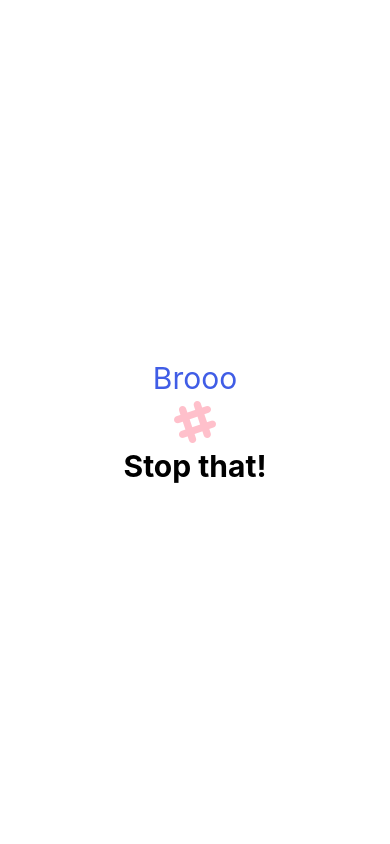
Repository: fshmasterflex/InstaLilly
Screen: /
These files come from the project's save history. The screen is drawn as it stood at one moment and after the next save; the edit follows.
The app was drawn by React Native's web renderer in a window 390 px wide. The project was rebuilt for these pictures with package versions that can differ from the ones it lists, and the page was loaded fresh each time.

Above is the screen before, as saved 2022-10-31 19:50:22.

### App.tsx
import {View, Text} from 'react-native';
import colors from './src/theme/colors';
import font from './src/theme/fonts';
import AntDesign from 'react-native-vector-icons/AntDesign';

const App = () => {
  return (
    <View style={{flex: 1, alignItems: 'center', justifyContent: 'center'}}>
      <Text style={{color: colors.primary, fontSize: font.size.xxlg}}>
        Brooo
      </Text>
      <AntDesign name="slack" color="pink" size={48} />
      <Text
        style={{
          color: colors.black,
          fontWeight: font.weight.bold,
          fontSize: font.size.xxlg,
        }}>
        Stop that!
      </Text>
    </View>
  );
};

export default App;

### src/theme/colors.ts
const colors = {
    primary: '#405DE6',
    white: '#fff',
    black: '#000',
    grey: '#666666',
    lightgrey: '#cccccc',
}
export default colors;

### src/theme/fonts.ts
const size = {
    xs: 10,
    s: 12,
    default: 14,
    md: 16,
    lg: 20,
    xlg: 24,
    xxlg: 30,
};
const weight = {
    full: '900',
    semi: '600',
    bold: 'bold',
    normal: 'normal',
    thin: '400',
}
export default {size, weight};

After the next save:
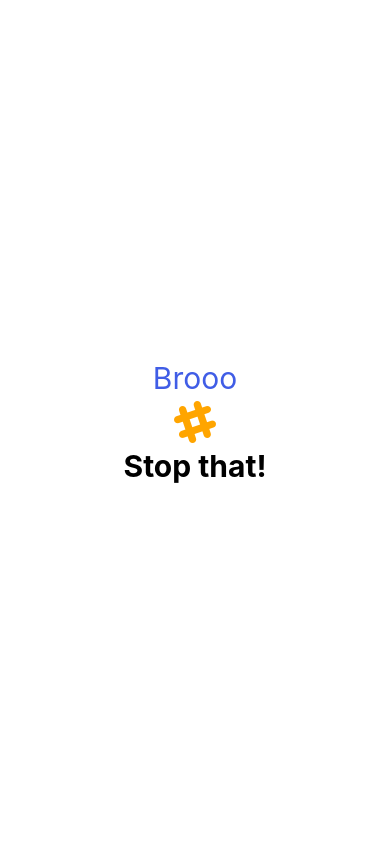
Saved 6 s later.
--- a/App.tsx
+++ b/App.tsx
@@ -9,7 +9,7 @@ const App = () => {
       <Text style={{color: colors.primary, fontSize: font.size.xxlg}}>
         Brooo
       </Text>
-      <AntDesign name="slack" color="pink" size={48} />
+      <AntDesign name="slack" color="orange" size={48} />
       <Text
         style={{
           color: colors.black,
